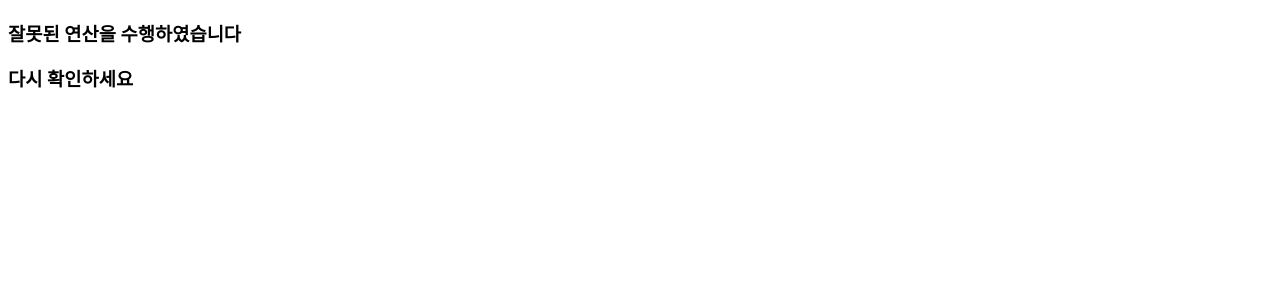
Repository: mi-ci/ai
Page: http://localhost/jsp01/ch01/e1_error.jsp
An editor plug-in stored every save of this project. The page is shown before and after the next save, followed by the edit.
The browser window is 1280 px wide. The pictures show the whole page.
The page is served by Tomcat 9. Other server files are loaded and not shown.

Above is the page before, as saved 2024-01-17 02:51:15.

### jsp01/src/main/webapp/ch01/e1_error.jsp
<%@ page isErrorPage = "true" %>
<%@ page import = "java.util.Calendar" %>
<%@ page language="java" contentType="text/html; charset=UTF-8"
    pageEncoding="UTF-8"%>
<!DOCTYPE html>
<html>
<head>
<meta charset="UTF-8">
<title>에러 처리하는 곳</title>
</head>
<body>
	<h3>잘못된 연산을 수행하였습니다</h3>
	<h3>다시 확인하세요</h3>
	<h4><% Calendar cal = Calendar.getInstance();
			int year = cal.get(Calendar.YEAR);%></h4>
	<h4></h4>
</body>
</html>

After the next save:
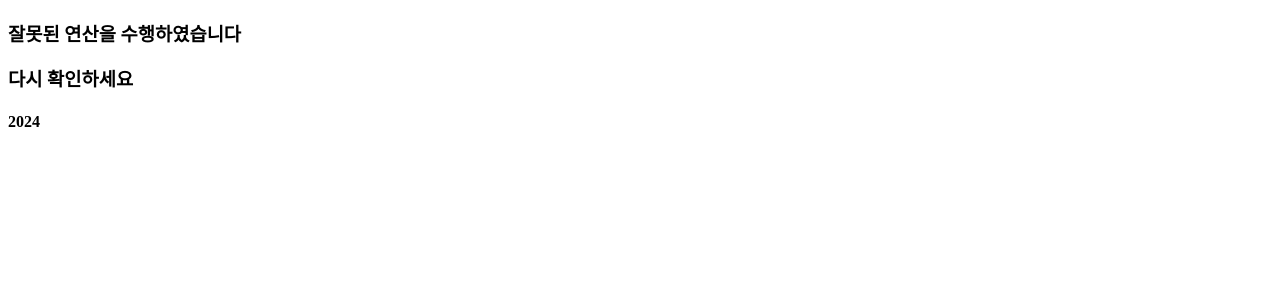
Saved 19 s later.
--- a/jsp01/src/main/webapp/ch01/e1_error.jsp
+++ b/jsp01/src/main/webapp/ch01/e1_error.jsp
@@ -13,6 +13,6 @@
 	<h3>다시 확인하세요</h3>
 	<h4><% Calendar cal = Calendar.getInstance();
 			int year = cal.get(Calendar.YEAR);%></h4>
-	<h4></h4>
+	<h4><%= year %></h4>
 </body>
 </html>
